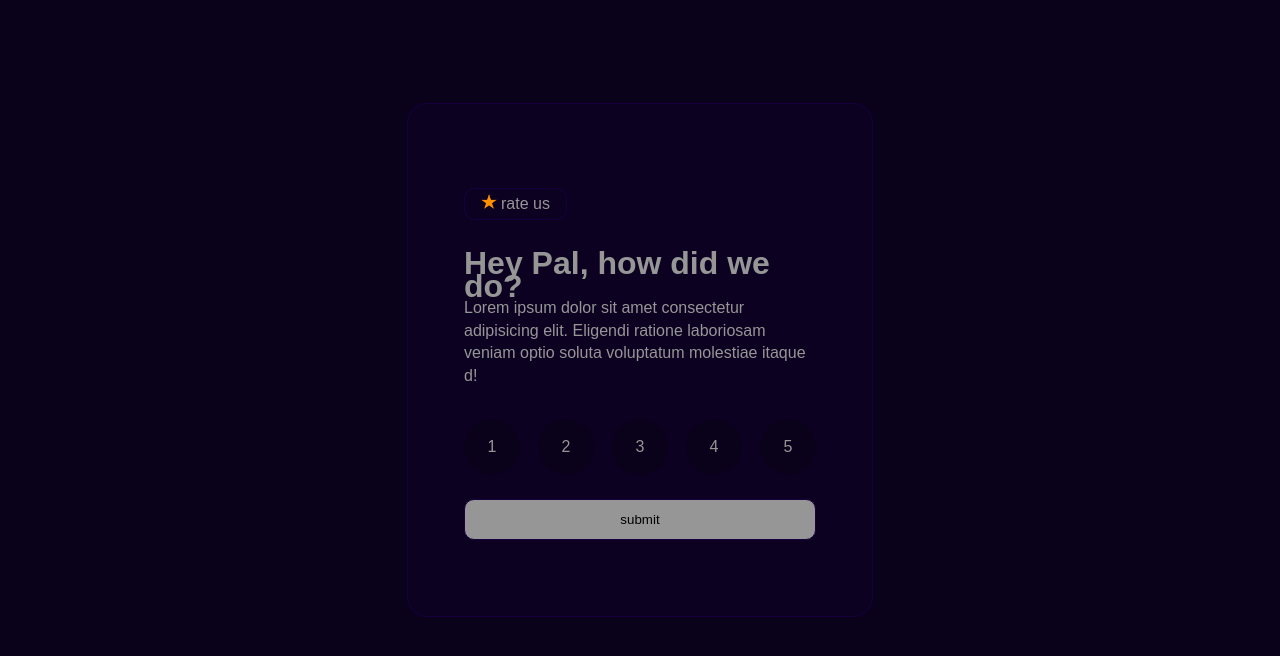
Repository: russel-success/xcodepp-TASK-2
Page: index.html
An editor plug-in stored every save of this project. The page is shown before and after the next save, followed by the edit.
The browser window is 1280 px wide. The pictures show the whole page.

Above is the page before, as saved 2024-05-27 09:16:03.

After the next save:
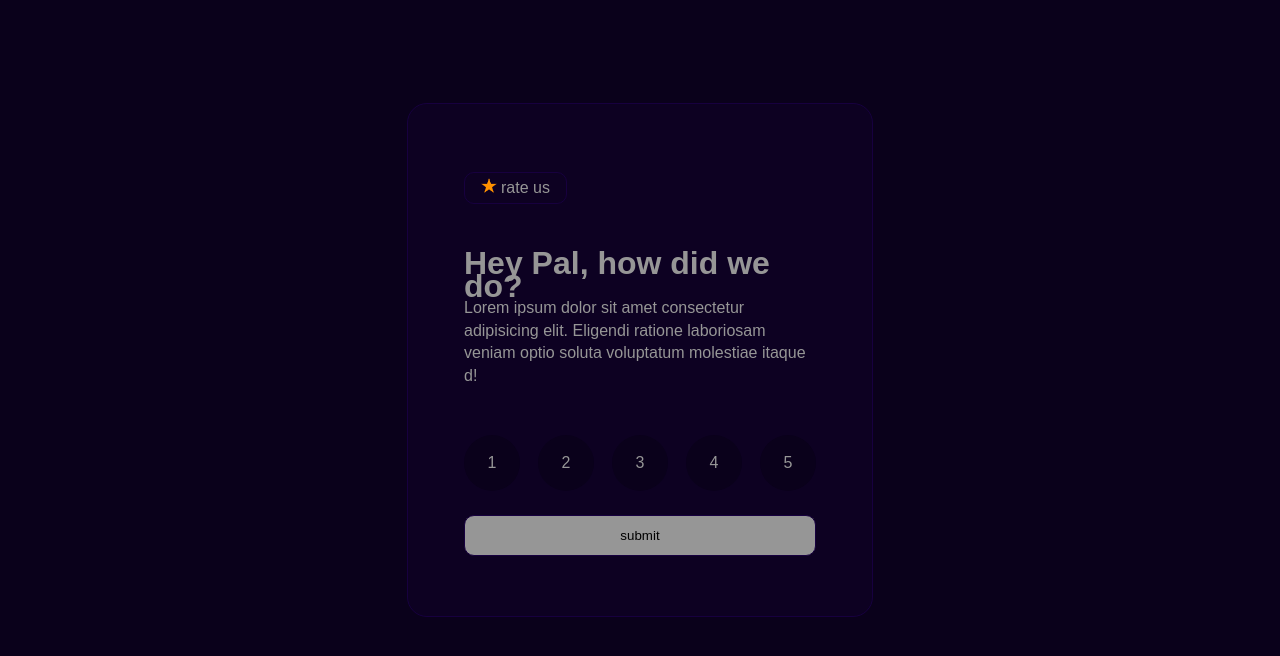
Saved 63 s later.
--- a/styles/styles.css
+++ b/styles/styles.css
@@ -51,7 +51,7 @@
 .body-text-container{
     width:fit-content;
     height:fit-content;
-    padding:16px;
+    padding:32px 16px;
 }
 .body-text{
     color:inherit;

After the 2 saves that followed:
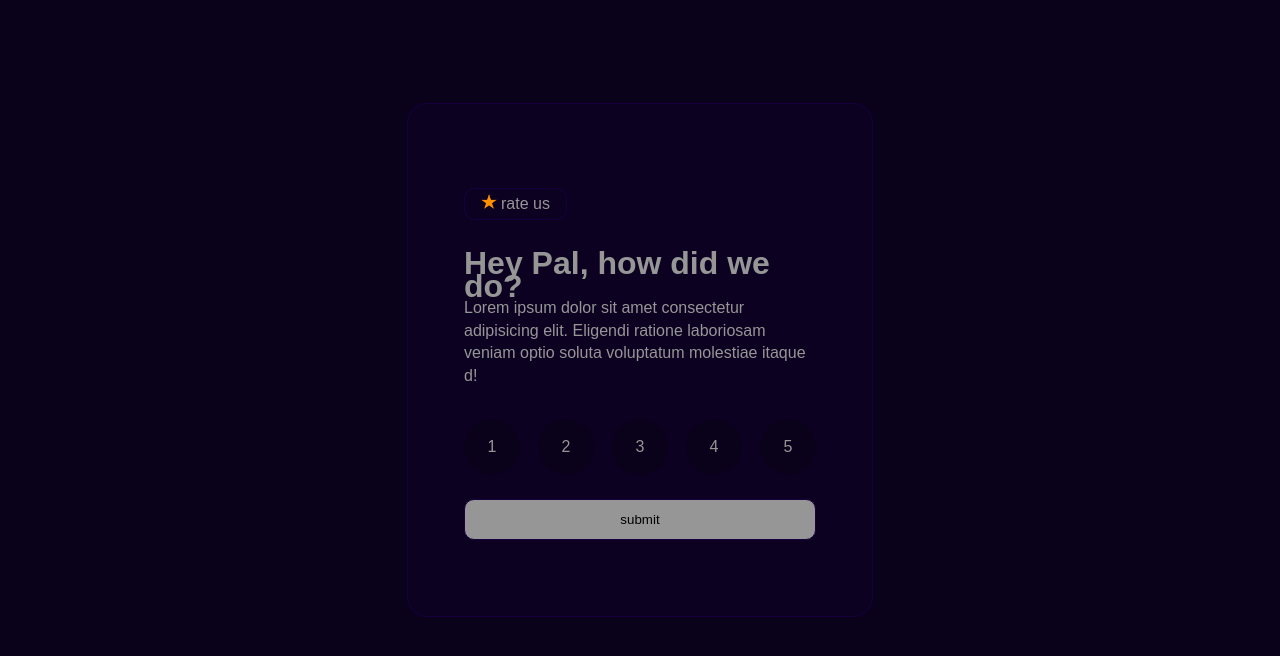
The 2 saves are shown as one change because they came seconds apart.
The last was saved 6 s later.
--- a/styles/styles.css
+++ b/styles/styles.css
@@ -51,7 +51,7 @@
 .body-text-container{
     width:fit-content;
     height:fit-content;
-    padding:32px 16px;
+    padding:16px;
 }
 .body-text{
     color:inherit;
